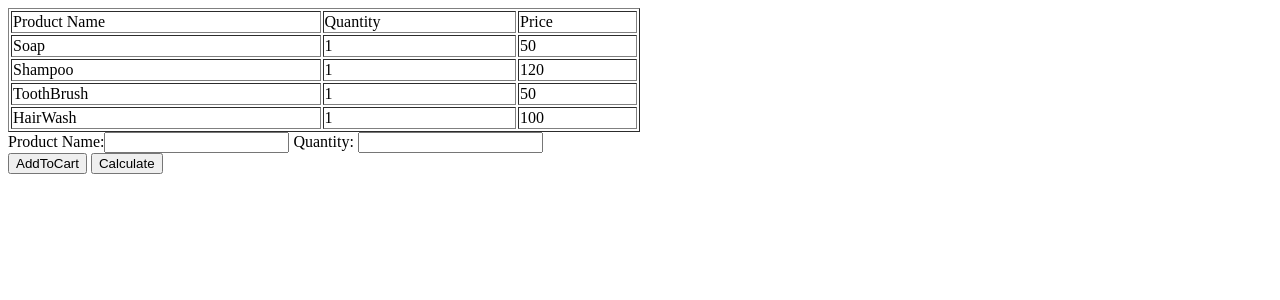
Repository: avishi14/Java_Practise
Page: webApplication/ValidateAge/WebContent/Product.html
The author's editor kept a copy of each file at every save. The page is drawn from the files as they stood at one save, then again after the next save.
The browser window is 1280 px wide. The pictures show the whole page.

Above is the page before, as saved 2019-09-07 05:49:59.

### webApplication/ValidateAge/WebContent/Product.html
<!DOCTYPE html>
<html>
<head>
<meta charset="ISO-8859-1">
<title>Insert title here</title>
</head>
<body>
<table width='50%' border='1px'>
<tr>
<td> Product Name </td> <td>Quantity</td><td>Price</td>
</tr>
<tr>
<td> Soap</td> <td>1</td><td>50</td>
</tr>
<tr>
<td> Shampoo </td> <td>1</td><td>120</td>
</tr>
<tr>
<td> ToothBrush </td> <td>1</td><td>50</td>
</tr>
<tr>
<td> HairWash </td> <td>1</td><td>100</td>
</tr>
</table>
<form action ="CalculatorService" method="post">
Product Name:<input type="text" name="prname"/>
Quantity: <input type="text" name="qty"/><br>
<input type="submit" name="AddToCart" value="AddToCart" />
<input type="submit" name="Calculate" value="Calculate" /></form>

</body>
</html>

After the next save:
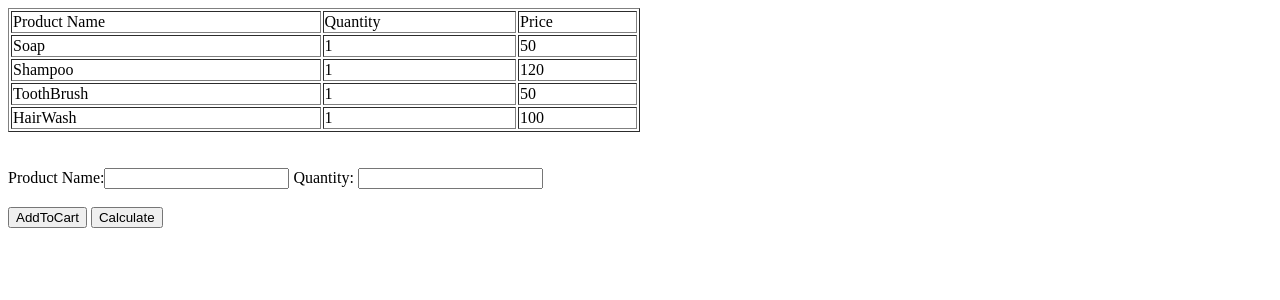
Saved 31 s later.
--- a/webApplication/ValidateAge/WebContent/Product.html
+++ b/webApplication/ValidateAge/WebContent/Product.html
@@ -22,9 +22,9 @@
 <td> HairWash </td> <td>1</td><td>100</td>
 </tr>
 </table>
-<form action ="CalculatorService" method="post">
+<form action ="CalculatorService" method="post"><br><br>
 Product Name:<input type="text" name="prname"/>
-Quantity: <input type="text" name="qty"/><br>
+Quantity: <input type="text" name="qty"/><br><br>
 <input type="submit" name="AddToCart" value="AddToCart" />
 <input type="submit" name="Calculate" value="Calculate" /></form>
 
